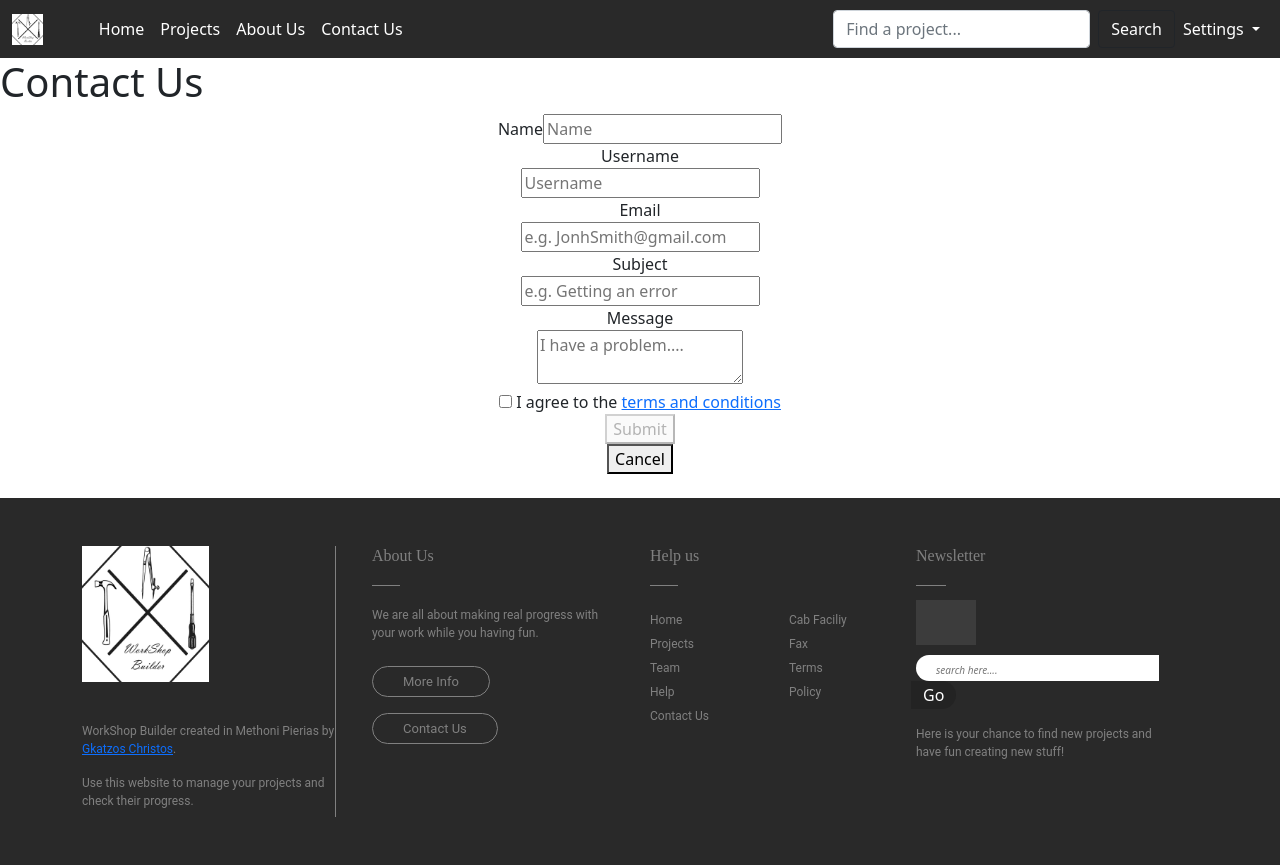
Repository: GkatzosChristos/workshop-builder-ui
Page: /contactUs (app in workshop-builder-ui/)
These files come from the project's save history. The page is drawn as it stood at one moment and after the next save; the edit follows.
The browser window is 1280 px wide. The pictures show the whole page.
The project was rebuilt for these pictures with package versions that can differ from the ones it lists, and the page was loaded fresh each time. Also part of the build but not shown: workshop-builder-ui/angular.json, workshop-builder-ui/src/app/about-us/about-us.component.ts, workshop-builder-ui/src/app/home/home.component.ts, workshop-builder-ui/src/app/project/project.component.ts.

Above is the page before, as saved 2021-08-27 17:49:20.

### workshop-builder-ui/src/index.html
<!doctype html>
<html lang="en">
<head>
  <meta charset="utf-8">
  <title>WorkshopBuilderUI</title>
  <base href="/">
  <meta name="viewport" content="width=device-width, initial-scale=1">
  <link rel="icon" type="image/x-icon" href="favicon.ico">
</head>

<body>
  <app-root></app-root>
</body>

</html>

### workshop-builder-ui/src/app/app.module.ts
import { NgModule } from '@angular/core';
import { BrowserModule } from '@angular/platform-browser';
import { FormsModule } from '@angular/forms';
import { AppRoutingModule } from './app-routing.module';
import { AppComponent } from './app.component';
import { HeaderComponent } from './header/header.component';
import { FooterComponent } from './footer/footer.component';
import { ContactUsComponent } from './contact-us/contact-us.component';
import { AboutUsComponent } from './about-us/about-us.component';
import { ProjectsComponent } from './project/project.component';
import { HomeComponent } from './home/home.component';

@NgModule({
  declarations: [
    AppComponent,
    HeaderComponent,
    FooterComponent,
    ContactUsComponent,
    AboutUsComponent,
    ProjectsComponent,
    HomeComponent
  ],
  imports: [
    BrowserModule,
    AppRoutingModule,
    FormsModule
  ],
  providers: [],
  bootstrap: [AppComponent]
})
export class AppModule { }

### workshop-builder-ui/src/app/app-routing.module.ts
import { NgModule } from '@angular/core';
import { RouterModule, Routes } from '@angular/router';
import { AboutUsComponent } from './about-us/about-us.component';
import { ContactUsComponent } from './contact-us/contact-us.component';
import { HomeComponent } from './home/home.component';
import { ProjectsComponent } from './project/project.component';

const routes: Routes = [
  {
    path: '',
    component: HomeComponent
  },
  {
    path: 'contactUs',
    component: ContactUsComponent
  },
  {
    path: 'aboutUs',
    component: AboutUsComponent
  },
  {
    path: 'project',
    component: ProjectsComponent
  },
];

@NgModule({
  imports: [RouterModule.forRoot(routes)],
  exports: [RouterModule]
})
export class AppRoutingModule { }

### workshop-builder-ui/src/app/app.component.ts
import { Component } from '@angular/core';

@Component({
  selector: 'app-root',
  templateUrl: './app.component.html',
  styleUrls: ['./app.component.scss']
})
export class AppComponent {
  title = 'workshop-builder-ui';
}

### workshop-builder-ui/src/app/contact-us/contact-us.component.ts
import { Component, OnInit } from '@angular/core';
import { FormGroup } from '@angular/forms';

@Component({
  selector: 'app-contact-us',
  templateUrl: 'contact-us.html',
  styleUrls: ['./contact-us.scss']
})
export class ContactUsComponent implements OnInit {
  name: string='';
  username: string='';
  email: string='';
  subject: string='';
  message: string='';


  constructor() { }

  ngOnInit(): void {
  }

  submitForm(){
    const result = `${this.name}, your submission was successful! We will contact you at ${this.email} as soon as possible!`;
    alert(result);
  }

  onReset(){
    location.reload();
  }

}

### workshop-builder-ui/src/app/header/header.component.html
<head>
    <title>header</title>
    <meta charset="utf-8">
</head>
<header>
    <nav class="navbar navbar-expand-lg">
        <div class="container-fluid">
            <a class="navbar-brand" routerLink="/">
                <img src="/assets/images/workshop_logo.jpg" alt="WorkShop Builder">
            </a>
            <div id="navbarNavDropdown" class="collapse navbar-collapse">
                <ul class="navbar-nav me-auto my-2 my-lg-0 navbar-nav-scroll" style="--bs-scroll-height: 100px;">
                    <li class="nav-item">
                        <a class="nav-link text-white" routerLink="/">Home</a>
                    </li>
                    <li class="nav-item">
                        <a class="nav-link text-white" routerLink="/project">Projects</a>
                    </li>
                    <li class="nav-item">
                        <a class="nav-link text-white" routerLink="/aboutUs">About Us</a>
                    </li>
                    <li class="nav-item">
                        <a class="nav-link text-white" routerLink="/contactUs">Contact Us</a>
                    </li>
                </ul>
                <form class="d-flex">
                    <input class="form-control me-2" type="text" placeholder="Find a project...">
                    <a class="btn btn-outline-dark text-white">Search</a>
                </form>
                <ul class="navbar-nav" style="--bs-scroll-height: 100px;">
                    <li class="nav-item dropdown">
                        <a class="nav-link dropdown-toggle text-white" href="#" id="navbarScrollingDropdown"
                            role="button" data-bs-toggle="dropdown" aria-expanded="false">
                            Settings
                        </a>
                        <ul class="dropdown-menu" aria-labelledby="navbarScrollingDropdown">
                            <li><a class="dropdown-item text-white" href="#">Sign in</a></li>
                            <li><a class="dropdown-item text-white" href="#">Sign up</a></li>
                            <li>
                                <hr class="dropdown-divider">
                            </li>
                            <li><a class="dropdown-item text-white" href="#">Report an issue</a></li>
                        </ul>
                    </li>
                </ul>
            </div>
        </div>
    </nav>
</header>

### workshop-builder-ui/src/app/header/header.component.scss
.navbar-brand {
    height: 5%;
    width: 5%;
}

img {
    height: 50%;
    width: 50%;
}

nav {
    background: #292929;
}

### workshop-builder-ui/src/app/footer/footer.component.html
<head>
    <title>Footer</title>
    <meta charset="utf-8">
</head>
<footer class="container-fluid bg-grey py-5">
    <div class="container">
        <div class="row me-3">
            <div class="col-md-6">
                <div class="row">
                    <div class="col-md-6 ">
                        <div class="logo-part">
                            <img src="/assets/images/workshop_logo.jpg" class="logo-footer">
                            <p>WorkShop Builder created in Methoni Pierias by <a
                                    href="https://www.linkedin.com/in/christos-gkatzos/">Gkatzos Christos</a>.</p>
                            <p>Use this website to manage your projects and check their progress.</p>
                        </div>
                    </div>
                    <div class="col-md-6 px-4">
                        <h6> About Us</h6>
                        <p>We are all about making real progress with your work while you having fun.</p>
                        <a routerLink="#" class="btn-footer"> More Info </a><br>
                        <a routerLink="#" class="btn-footer"> Contact Us</a>
                    </div>
                </div>
            </div>
            <div class="col-md-6">
                <div class="row">
                    <div class="col-md-6 px-4">
                        <h6> Help us</h6>
                        <div class="row ">
                            <div class="col-md-6">
                                <ul>
                                    <li> <a routerLink="/"> Home</a> </li>
                                    <li> <a routerLink="/project"> Projects</a> </li>
                                    <li> <a routerLink="#"> Team</a> </li>
                                    <li> <a routerLink="#"> Help</a> </li>
                                    <li> <a routerLink="/ContactUs"> Contact Us</a> </li>
                                </ul>
                            </div>
                            <div class="col-md-6 px-4">
                                <ul>
                                    <li> <a href="#"> Cab Faciliy</a> </li>
                                    <li> <a href="#"> Fax</a> </li>
                                    <li> <a href="#"> Terms</a> </li>
                                    <li> <a href="#"> Policy</a> </li>
                                </ul>
                            </div>
                        </div>
                    </div>
                    <div class="col-md-6 ">
                        <h6> Newsletter</h6>
                        <div class="social">
                            <a href="#"><i class="fa fa-facebook mr-1" aria-hidden="true"></i></a>
                            <a href="#"><i class="fa fa-instagram" aria-hidden="true"></i></a>
                        </div>
                        <form class="form-footer my-3">
                            <input type="text" placeholder="search here...." name="search">
                            <input type="button" value="Go">
                        </form>
                        <p>Here is your chance to find new projects and have fun creating new stuff!</p>
                    </div>
                </div>
            </div>
        </div>
    </div>
</footer>

### workshop-builder-ui/src/app/footer/footer.component.scss
body {
    font-family: 'Signika', sans-serif;
 }
 .bg-grey {
    background: #292929;
 }
 .logo-footer {
    height: 50%;
    width: 50%;
    margin-bottom: 40px;
 }
 footer {
    color: grey;
 }
 footer p, a {
    font-size: 12px;
    font-family: 'Roboto', sans-serif;
}
footer h6 {
    font-family: 'Playfair Display', serif;
    margin-bottom: 40px;
    position: relative;
}
footer h6:after {
    position: absolute;
    content: "";
    background: grey;
    width: 12%;
    height: 1px;
    left: 0;
    bottom: -20px;
}
.btn-footer {
    color: grey;
    text-decoration: none;
    border: 1px solid;
    border-radius: 43px;
    font-size: 13px;
    padding: 7px 30px;
    line-height: 47px;
 }

 .btn-footer:hover {
    text-decoration: none;
 }

.form-footer input[type="text"] {
    border: none;
    border-radius: 16px 0 0 16px;
    outline: none;
    padding-left: 10px;
}

::placeholder {
    font-size: 10px;
    padding-left: 10px;
    font-style: italic;
}

.form-footer input[type="button"] {
    border: none;
    background:#232323;
    margin-left: -5px;
    color: #fff;
    outline: none;
    border-radius: 0 16px 16px 0;
    padding: 2px 12px;
}

.social .fa {
    color: grey;
    font-size: 22px;
    padding: 10px 15px;
    background: #3c3c3c;
}

footer ul li {
    list-style: none;
    display: block;
}

footer ul  {
    padding-left: 0;
}
footer ul  li a{
    text-decoration: none;
    color: grey;
    text-decoration:none;
}

a:hover {
    text-decoration: none;
    color: #f5f5f5 !important;
}

.logo-part {
    border-right: 1px solid grey;
    height: 100%;
}

img {
    height: 20%;
    width: 20%;
}

### workshop-builder-ui/src/app/contact-us/contact-us.html
<h1 class="title has-text-centered">Contact Us</h1>

<body>
  <section>
    <form (ngSubmit)="submitForm()" #contactForm="ngForm">
      <div class="field">
        <div class="field">
          <label class="label has-text-centered">Name</label>
          <input class="input" type="text" name="name" placeholder="Name" [(ngModel)]="name" #nameInput="ngModel"
            required>
          <div class="help is-error" *ngIf="nameInput.invalid && nameInput.touched">
            <p class="help is-danger">This username is required!</p>
          </div>
          <div class="invalid-feedback" *ngIf="nameInput.valid && nameInput.dirty">
            <p class="valid-feedback">This username is Availible!</p>
          </div>
        </div>
        <div class="field column is-4">
          <label class="label has-text-centered">Username</label>
          <div class="control has-icons-left has-icons-right">
            <input class="input" type="text" name="usename" placeholder="Username" [(ngModel)]="username"
              #usernameInput="ngModel" required>
            <span class="icon is-small is-left">
              <i class="fa fa-user"></i>
            </span>
            <div class="help is-error" *ngIf="usernameInput.invalid && usernameInput.touched">
              <p class="help is-danger">This username is required!</p>
            </div>
            <div class="help is-error" *ngIf="usernameInput.valid && usernameInput.dirty">
              <p class="help is-success">This username is Availible!</p>
            </div>
          </div>
        </div>

        <div class="field column is-4">
          <label class="label has-text-centered">Email</label>
          <div class="control has-icons-left">
            <input class="input" type="email" name="email" placeholder="e.g. JonhSmith@gmail.com" #emailInput="ngModel"
              [(ngModel)]="email" required email>
            <span class="icon is-small is-left">
              <i class="fa fa-envelope"></i>
            </span>
            <div class="help is-error is-danger" *ngIf="emailInput.invalid && emailInput.touched">
              <p class="help is-danger">The email required and must be valid!</p>
            </div>
            <div class="help is-error" *ngIf="emailInput.valid && emailInput.dirty">
              <p class="help is-success">This email is valid!</p>
            </div>
          </div>
        </div>

        <div class="field column is-4">
          <label class="label has-text-centered">Subject</label>
          <div class="control">
            <input class="input is-expand" type="text" name="subject" placeholder="e.g. Getting an error"
              [(ngModel)]="subject">
          </div>
        </div>

        <div class="field column is-4 ">
          <label class="label has-text-centered">Message</label>
          <div class="control">
            <textarea class="textarea" name="message" placeholder="I have a problem...."
              [(ngModel)]="message"></textarea>
          </div>
        </div>

        <div class="field">
          <div class="control">
            <label class="checkbox">
              <input type="checkbox" #checkboxInput>
              I agree to the <a href="#">terms and conditions</a>
            </label>
          </div>
        </div>

        <div class="field is-grouped mb-4 is-grouped-centered">
          <div class="control">
            <button class="button is-link" [disabled]="contactForm.invalid">Submit</button>
          </div>
          <div class="control">
            <button class="button is-link is-light" type="reset" (click)="onReset()">Cancel</button>
          </div>
        </div>
      </div>
    </form>
  </section>
</body>

### workshop-builder-ui/src/app/contact-us/contact-us.scss
body {
    text-align: center;
}
form {
    display: inline-block;
}

Loaded but not shown: workshop-builder-ui/src/styles.scss (common file); workshop-builder-ui/src/main.ts (common file); workshop-builder-ui/src/environments/environment.ts (common file); workshop-builder-ui/src/app/header/header.component.ts (common file); workshop-builder-ui/src/app/footer/footer.component.ts (common file); workshop-builder-ui/src/app/app.component.html (common file); workshop-builder-ui/src/app/app.component.scss (no stored copy; drawn as an empty file); workshop-builder-ui/src/app/project/project.scss (no stored copy; drawn as an empty file)

After the next save:
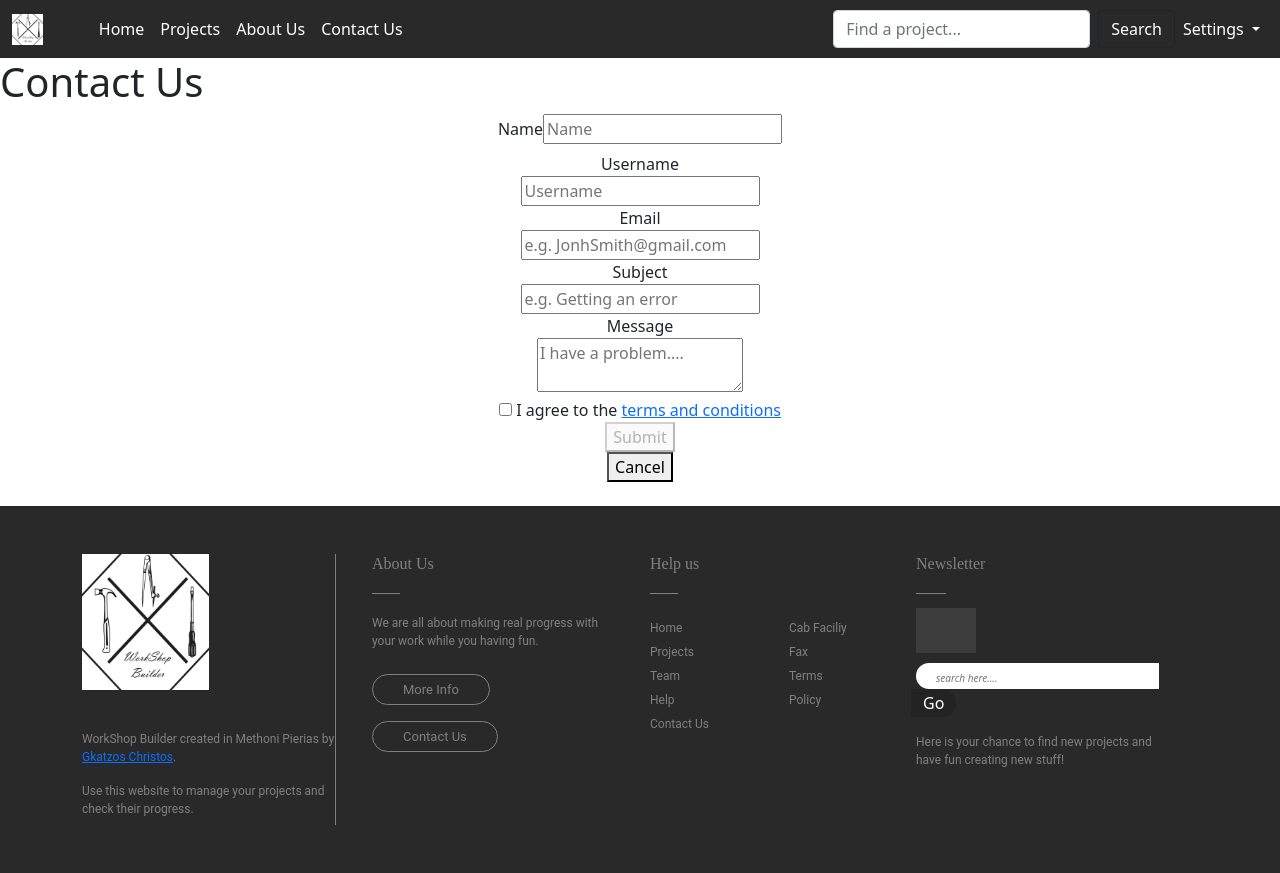
Saved 57 s later.
--- a/workshop-builder-ui/src/app/contact-us/contact-us.html
+++ b/workshop-builder-ui/src/app/contact-us/contact-us.html
@@ -6,7 +6,7 @@
       <div class="field">
         <div class="field">
           <label class="label has-text-centered">Name</label>
-          <input class="input" type="text" name="name" placeholder="Name" [(ngModel)]="name" #nameInput="ngModel"
+          <input class="form-label" type="text" name="name" placeholder="Name" [(ngModel)]="name" #nameInput="ngModel"
             required>
           <div class="help is-error" *ngIf="nameInput.invalid && nameInput.touched">
             <p class="help is-danger">This username is required!</p>
